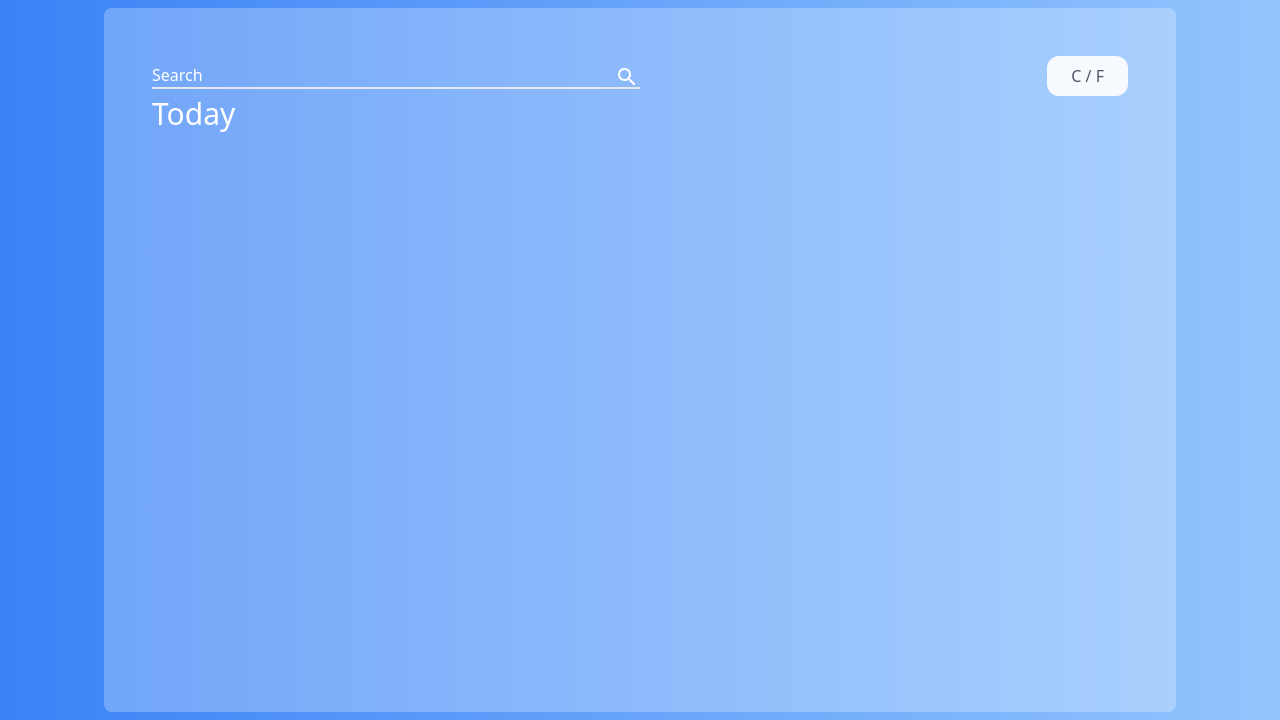
Repository: DevAntonioRogers/react-weatherapp-v2
Page: /
The author's editor kept a copy of each file at every save. The page is drawn from the files as they stood at one save, then again after a run of saves.
The browser window is 1280 px wide. The pictures show the whole page.
The project was rebuilt for these pictures with package versions that can differ from the ones it lists, and the page was loaded fresh each time. The framework's server and built-in components were replaced by stand-ins that run in the browser. Also part of the build but not shown: next.config.js.

Above is the page before, as saved 2023-05-19 23:33:27.

### app/layout.tsx
import "./globals.css";
import { Inter } from "next/font/google";

export const metadata = {
  title: "Create Next App",
  description: "Generated by create next app",
};

export default function RootLayout({ children }: { children: React.ReactNode }) {
  return (
    <html lang="en">
      <body>{children}</body>
    </html>
  );
}

### app/page.tsx
"use client";

import Conversion from "./components/Conversion";
import Current from "./components/Current";
import Input from "./components/Input";

import { useState } from "react";

export default function Home() {
  const [data, setData] = useState({});
  const [location, setLocation] = useState("");
  const [error, setError] = useState("");

  const url = `http://api.weatherapi.com/v1/forecast.json?key=538023bd3c43455084733202231905&q=${location}&days=7&aqi=yes&alerts=yes
  `;

  const handleSearch = async (e) => {
    if (e.key === "Enter") {
      e.preventDefault();
      try {
        const response = await fetch(url);
        if (!response.ok) {
          throw new Error();
        }
        const data = await response.json();
        setData(data);
        setLocation("");
        setError("");
      } catch (error) {
        setError("City not found");
        setData({});
      }
    }
  };

  return (
    <div className="flex justify-center p-2 bg-cover h-screen bg-gradient-to-r from-blue-500 to-blue-300">
      <div className="bg-white/25 mx-24 w-full rounded-lg p-12 flex flex-col">
        {/* SEARCH AND DEGREE CONVERSION */}
        <div className="flex justify-between items-center">
          <Input handleSearch={handleSearch} location={location} setLocation={setLocation} />
          <Conversion />
        </div>

        {/* CURRENT WEATHER SECTION */}
        <Current data={data} />
      </div>
    </div>
  );
}

### app/components/Conversion.tsx
import React from "react";

const Conversion = () => {
  return (
    <div className="">
      <button className="rounded-xl bg-white/90 px-6 py-2 text-gray-600">C / F</button>
    </div>
  );
};

export default Conversion;

### app/components/Current.tsx
import React from "react";

const Current = ({ data }) => {
  return (
    <div className="flex flex-col gap-4">
      <div>
        <div>
          <h1 className="text-3xl text-white">Today</h1>
        </div>
        <div>{data.location ? <h1>{data.location.name}</h1> : null}</div>
      </div>

      <div>
        {data.current ? (
          <p>
            {data.current.temp_f.toFixed()}
            <span>°</span>
          </p>
        ) : null}
        {data.current ? <span>{data.current.condition.text}</span> : null}
      </div>
      <div>
        {data.forecast ? <span>High: {data.forecast.forecastday[0].day.maxtemp_f.toFixed()}°</span> : null}
        {data.forecast ? <span>Low: {data.forecast.forecastday[0].day.mintemp_f.toFixed()}°</span> : null}
      </div>
    </div>
  );
};

export default Current;

### app/components/Input.tsx
"use client";

import SearchIcon from "@mui/icons-material/Search";

const Input = ({ handleSearch, setLocation, location }) => {
  return (
    <form className="flex items-center w-2/4">
      <input
        type="text"
        className="w-full bg-transparent border-b-2 placeholder-white outline-none text-white"
        placeholder="Search"
        onKeyDown={handleSearch}
        onChange={(e) => setLocation(e.target.value)}
      />
      <div className="ml-[-25px] text-white cursor-pointer">
        <SearchIcon />
      </div>
    </form>
  );
};

export default Input;

Loaded but not shown: app/globals.css (common file); tailwind.config.js (common file)

After the next 2 saves:
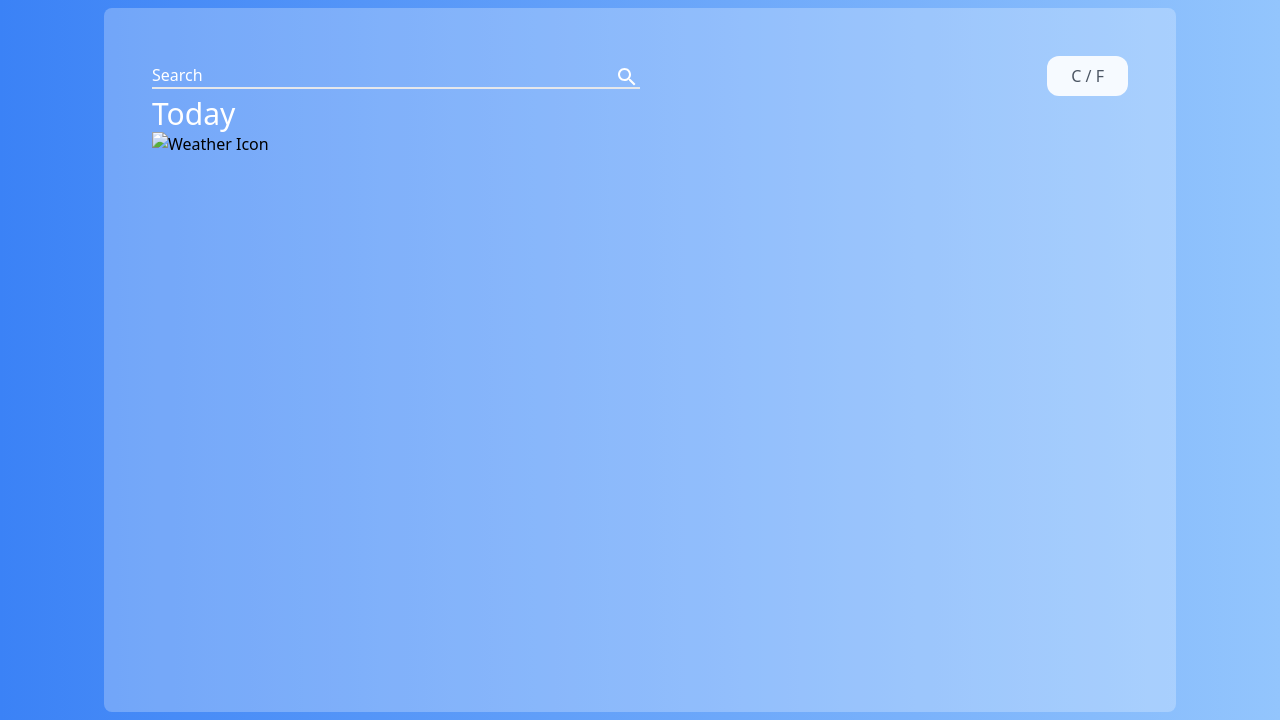
The 2 saves are shown as one change because 1 did not build or start.
The last was saved 23 s later.
--- a/app/components/Current.tsx
+++ b/app/components/Current.tsx
@@ -1,13 +1,16 @@
 import React from "react";
 
 const Current = ({ data }) => {
+  const weatherIcon = data.current ? data.current.condition.icon : null;
   return (
     <div className="flex flex-col gap-4">
       <div>
         <div>
           <h1 className="text-3xl text-white">Today</h1>
         </div>
-        <div>{data.location ? <h1>{data.location.name}</h1> : null}</div>
+        <div>
+          <img src={weatherIcon} alt="Weather Icon" />
+        </div>
       </div>
 
       <div>

After the save that followed:
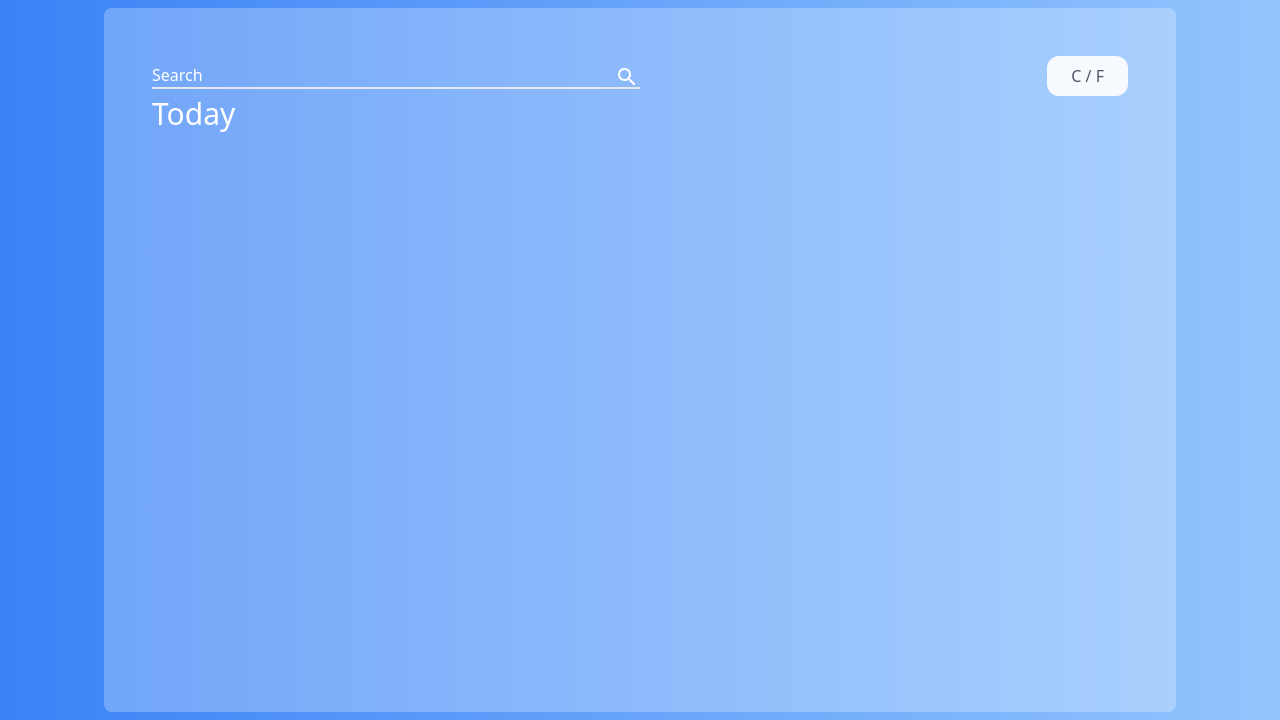
Saved 34 s later.
--- a/app/components/Current.tsx
+++ b/app/components/Current.tsx
@@ -8,9 +8,11 @@
         <div>
           <h1 className="text-3xl text-white">Today</h1>
         </div>
-        <div>
-          <img src={weatherIcon} alt="Weather Icon" />
-        </div>
+        {weatherIcon && (
+          <div>
+            <img src={weatherIcon} alt="Weather Icon" />
+          </div>
+        )}
       </div>
 
       <div>
